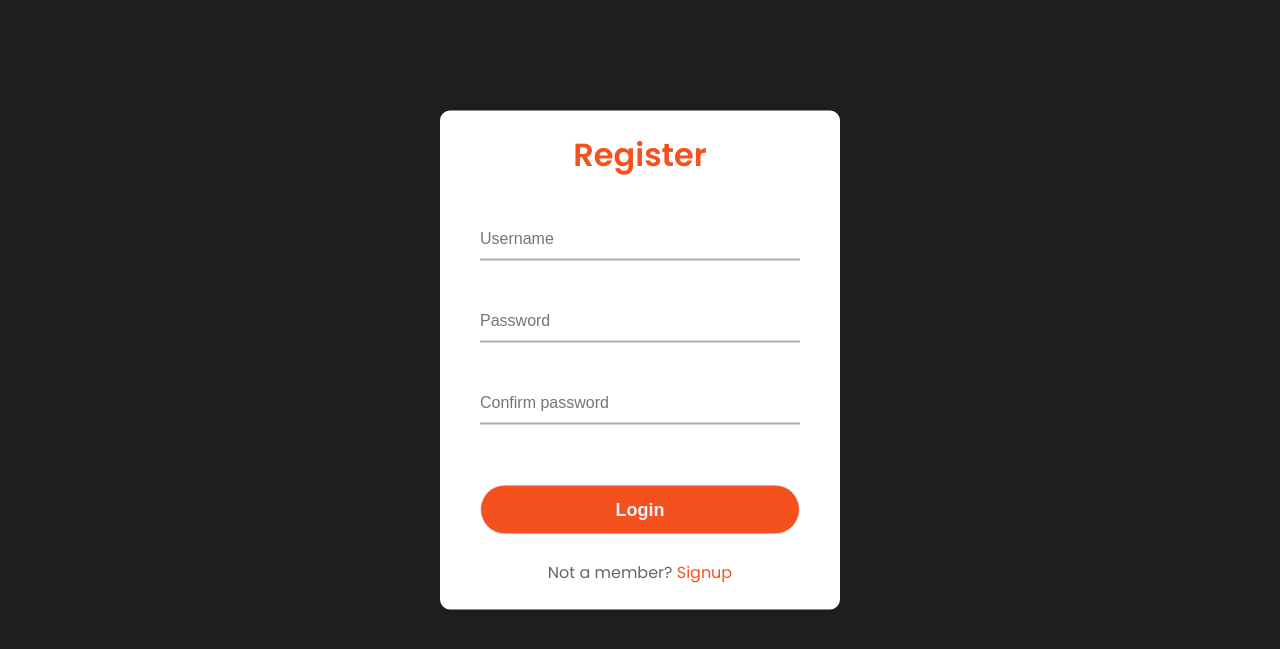
Repository: long5122000/Shopc
Page: login.html
These files come from the project's save history. The page is drawn as it stood at one moment and after the next save; the edit follows.
The browser window is 1280 px wide. The pictures show the whole page.
The style sheet was rebuilt from its Sass, Less or Tailwind sources for each picture, by a compiler version that may differ from the author's.

Above is the page before, as saved 2021-11-30 20:53:40.

### login.html
<!DOCTYPE html>
<html lang="en">
  <head>
    <meta charset="UTF-8" />
    <meta http-equiv="X-UA-Compatible" content="IE=edge" />
    <meta name="viewport" content="width=device-width, initial-scale=1.0" />
    <title>Document</title>
    <link rel="stylesheet" href="./css/app.css" />
  </head>
  <body>
    <div class="container">
      <h1>Register</h1>
      <form>
        <div class="form-control">
          <input type="text" id="username" placeholder="Username" />
          <span></span>
          <small></small>
        </div>

        <div class="form-control">
          <input type="password" id="password" placeholder="Password" />
          <span></span>
          <small></small>
        </div>
        <div class="form-control">
          <input
            type="password"
            id="password2"
            placeholder="Confirm password"
          />
          <span></span>
          <small></small>
        </div>
        <input type="submit" value="Login" />
        <div class="signup_link">Not a member? <a href="#">Signup</a></div>
      </form>
    </div>
  </body>
</html>

### sass/app.scss
@import "variables";
@import "reset";
@import "mixin";
@import "base";
@import "header";
@import "cart";
@import "search";
@import "info";
@import "home";
@import "category";
@import "about";
@import "hot";
@import "discount";
@import "new";
@import "newsletter";
@import "footer";
@import "modal";
@import "scroll";
@import "register";
@import "breakpoints";

### sass/_variables.scss
@import url("https://fonts.googleapis.com/css2?family=Poppins:wght@400;500;600;900&display=swap");
:root {
  --header-height: 3.5rem;
  /* Colors */
  --hue: 14;
  --first-color: hsl(var(--hue), 91%, 54%);
  --menu-color: hsl(31, 76%, 74%);
  --button-color: hsl(0, 0%, 24%);
  --button-color-alt: hsl(0, 0%, 28%);
  --title-color: hsl(0, 0%, 95%);
  --text-color: hsl(0, 0%, 75%);
  --body-color: hsl(0, 0%, 12%);
  --container-color: hsl(0, 0%, 16%);
  --border-color: hsl(0, 0%, 20%);
  --border-color: hsl(0, 0%, 94%);
  --dark1: #3e363f;
  --dark2: #212527;
  --light1: #fffce8;
  --light2: #edf7f6;
  --red: #df4747;
  --green: #47df5b;
  --transition250: all 250ms ease-in-out;
  --transition500: all 500ms ease-in-out;
  /* Font and typography */
  --body-font: "Poppins", sans-serif;
  --biggest-font-size: 2rem;
  --h1-font-size: 1.5rem;
  --h2-font-size: 1.25rem;
  --h3-font-size: 1rem;
  --normal-font-size: 0.938rem;
  --small-font-size: 0.813rem;
  /* font weight */
  --font-medium: 500;
  --font-semi-bold: 600;
  --font-black: 900;
  /* margenes bottom */
  --mb-0-25: 0.25rem;
  --mb-0-5: 0.5rem;
  --mb-0-75: 0.75rem;
  --mb-1: 1rem;
  --mb-1-5: 1.5rem;
  --mb-2: 2rem;
  --mb-2-5: 2.5rem;
  /* z-index */
  --z-tooltip: 10;
  --z-fixed: 100;

  @media screen and (min-width: 992px) {
    --biggest-font-size: 4rem;
    --h1-font-size: 2.25rem;
    --h2-font-size: 1.5rem;
    --h3-font-size: 1.25rem;
    --normal-font-size: 1rem;
    --small-font-size: 0.875rem;
    --smaller-font-size: 0.813rem;
  }
}

/*=============== GOOGLE FONTS ===============*/

### sass/_reset.scss
html {
  box-sizing: border-box;
}
* {
  margin: 0;
  padding: 0;
}
*,
*:before,
*:after {
  box-sizing: border-box;
}
input,
textarea,
select,
button {
  outline: none;
  border: none;
}
input {
  line-height: normal;
}
label,
button {
  cursor: pointer;
}
a {
  text-decoration: none;
}
img {
  display: block;
  max-width: 100%;
}

### sass/_mixin.scss
@mixin flex(
  $align: flex-start,
  $justify: flex-start,
  $wrap: nowrap,
  $dir: row
) {
  display: flex;
  justify-content: $justify;
  align-items: $align;
  flex-wrap: $wrap;
  flex-direction: $dir;
}
@mixin maxw($breakpoint) {
  @media screen and (max-width: $breakpoint) {
    @content;
  }
}
@mixin minw($breakpoint) {
  @media screen and (min-width: $breakpoint) {
    @content;
  }
}
@mixin center {
  display: flex;
  justify-content: center;
  align-items: center;
}

### sass/_base.scss
* {
  box-sizing: border-box;
  padding: 0;
  margin: 0;
}
html {
  scroll-behavior: smooth;
}
body {
  margin: var(--header-height) 0 0 0;
  font-family: var(--body-font);
  font-size: var(--normal-font-size);
  background: var(--body-color);
  color: var(--text-color);
}
h1,
h2,
h3,
h4 {
  color: var(--title-color);
  font-weight: var(--font-semi-bold);
}
ul {
  list-style: none;
}
.section {
  padding: 4.5rem 0 2rem;
}
.section__title {
  font-size: var(--h2-font-size);
  margin-bottom: var(--mb2);
  text-align: center;
}
.container {
  max-width: 1240px;
  margin-left: var(--mb-1-5);
  margin-right: var(--mb-1-5);
}
.grid {
  display: grid;
}
.main {
  overflow: hidden;
}
::-webkit-scrollbar {
  width: 0.6rem;
  background: #413e3e;
}
::-webkit-scrollbar-thumb {
  background: #272525;
  border-radius: 0.5rem;
}
.button {
  display: inline-block;
  background-color: var(--first-color);
  color: var(--title-color);
  padding: 1rem 1.75rem;
  border-radius: 0.5rem;
  font-weight: var(--font-medium);
  transition: 0.3s;
  &:hover {
    background-color: var(--first-color-alt);
  }
  &--ghost {
    border: 2px solid;
    background-color: transparent;
    border-radius: 3rem;
    padding: 0.75rem 1.5rem;
    &:hover {
      background: none;
    }
  }
  &__icon {
    font-size: 1.25rem;
  }
  &--link {
    color: var(--title-color);
  }
  &--flex {
    display: inline-flex;
    align-items: center;
    column-gap: 0.5rem;
  }
}

### sass/_header.scss
.header {
  width: 100%;
  background: var(--body-color);
  position: fixed;
  top: 0;
  left: 0;
  z-index: var(--z-fixed);
}
.nav {
  height: var(--header-height);
  @include flex(center, space-between);
  &__logo {
    @include flex(center);
    column-gap: 0.5rem;
    font-weight: var(--font-medium);
    &-img {
      width: 1.25rem;
    }
  }
  &__link,
  &__logo,
  &__toggle,
  &__close {
    color: var(--title-color);
  }
  &__toggle {
    font-size: 1.25rem;
    cursor: pointer;
  }
  @include maxw(767px) {
    &__menu {
      position: fixed;
      width: 100%;
      background: var(--container-color);
      top: -150%;
      left: 0;
      padding: 3.5rem 0;
      transition: 0.4s;
      z-index: var(--z-fixed);
      border-radius: 0 0 1.5rem 1.5rem;
    }
  }
  &__img {
    width: 100px;
    position: absolute;
    top: 0;
    left: 0;
  }
  &__close {
    font-size: 1.8rem;
    position: absolute;
    top: 0.5rem;
    right: 0.7rem;
    cursor: pointer;
  }
  &__list {
    @include flex(center, flex-start, nowrap, column);
    row-gap: 1.5rem;
  }
  &__link {
    text-transform: uppercase;
    font-weight: var(--font-black);
    transition: 0.4;
    &:hover {
      color: var(--text-color);
    }
  }
  &__btns {
    display: flex;
    font-size: var(--h2-font-size);
    gap: 0 20px;
  }
  &__shop {
    font-size: 1.25rem;
    cursor: pointer;
  }
}

.show-menu {
  top: 0;
}

.active {
  &-link {
    position: relative;
    &::before {
      content: "";
      position: absolute;
      bottom: -0.75rem;
      left: 45%;
      width: 5px;
      height: 5px;
      background-color: var(--title-color);
      border-radius: 50%;
    }
  }
}

### sass/_cart.scss
/*=============== CART ===============*/
.cart {
  position: fixed;
  background-color: rgb(59, 59, 59);
  z-index: var(--z-fixed);
  width: 100%;
  height: 100%;
  top: 0;
  right: -100%;
  padding: 3.5rem 2rem;
  transition: 0.4s;
  overflow-y: scroll;

  &__title-center {
    font-size: var(--h2-font-size);
    text-align: center;
    margin-bottom: var(--mb-3);
  }

  &__close {
    font-size: 2rem;
    color: var(--title-color);
    position: absolute;
    top: 1.25rem;
    right: 0.9rem;
    cursor: pointer;
  }

  &__container {
    display: grid;
    row-gap: 1.5rem;
  }

  &__card {
    display: flex;
    align-items: center;
    column-gap: 1rem;
  }
  &__box {
    background-color: var(--container-color);
    padding: 0.75rem 1.25rem;
    border: 1px solid #5c5c5c;
  }
  &__img {
    width: 50px;
  }
  &__title {
    font-size: var(--normal-font-size);
    margin-bottom: 0.5rem;
  }
  &__price {
    display: block;
    font-size: var(--small-font-size);
    color: var(--menu-color);
    margin-bottom: var(--mb-1-5);
  }
  &__amount,
  &__amount-content {
    display: flex;
    align-items: center;
  }
  &__amount {
    column-gap: 3rem;

    &-content {
      column-gap: 1rem;
    }
    &-box {
      display: inline-flex;
      padding: 0.25rem;
      background-color: var(--container-color);
      border: 1px solid var(--border-color);
      cursor: pointer;
    }
    &-trash {
      font-size: 1.15rem;
      color: var(--menu-color);
      cursor: pointer;
    }
  }
  &__prices {
    margin-top: 6rem;
    display: flex;
    justify-content: space-between;

    &-item,
    &-total {
      color: var(--title-color);
    }
    &-item {
      font-size: var(--small-font-size);
    }
    &-total {
      font-size: var(--h3-font-size);
      font-weight: var(--font-medium);
    }
  }
  &::-webkit-scrollbar {
    display: none;
  }
}

/* Show cart */
.show-cart {
  right: 0;
}

### sass/_search.scss
.search-box {
  width: 1px;
  height: 30px;
  background-color: rgb(88, 88, 88);
  position: relative;

  transition: all 0.5s ease;
  border-radius: 15px;
}

.search-box.open {
  width: 220px;
}

.search-input {
  width: 100%;
  height: 100%;
  border: none;
  box-shadow: none;
  background: transparent;
  color: #fff;
  padding: 20px 20px;
  font-size: 20px;
}

.search-btn {
  color: rgba(191, 191, 191);
  outline: none;
  border: none;

  position: absolute;
  right: -0;
  top: 0;
  cursor: pointer;
  font-size: 25px;
  background-color: transparent;
}

### sass/_info.scss
.info {
  position: fixed;
  background-color: rgb(59, 59, 59);
  z-index: var(--z-fixed);
  width: 100%;
  height: 100%;
  top: 0;
  right: -100%;
  padding: 5.5rem 1rem;
  transition: 0.4s;
  overflow-y: scroll;
  &__close {
    font-size: 2rem;
    color: var(--title-color);
    position: absolute;
    top: 1.25rem;
    right: 0.9rem;
    cursor: pointer;
  }
}
.show-info {
  right: 0;
}

### sass/_home.scss
.home {
  &__content {
    row-gap: 1rem;
  }
  &__group {
    display: grid;
    position: relative;
    padding-top: 2rem;
  }
  &__image {
    height: 250px;
    justify-self: center;
  }
  &__indicator {
    width: 8px;
    height: 8px;
    background-color: var(--title-color);
    border-radius: 50%;
    position: absolute;
    top: 7rem;
    right: 2rem;
    &::after {
      content: "";
      position: absolute;
      width: 1px;
      height: 48px;
      background-color: var(--title-color);
      top: -3rem;
      right: 45%;
    }
  }
  &__details {
    &-img {
      position: absolute;
      right: 0.5rem;
    }
    &-title,
    &-subtitle {
      display: block;
      font-size: var(--small-font-size);
      text-align: right;
    }
  }
  &__subtitle {
    font-size: var(--h3-font-size);
    text-transform: uppercase;
    margin-bottom: var(--mb-1);
  }
  &__title {
    font-size: var(--biggest-font-size);
    font-weight: var(--font-black);
    line-height: 109%;
    margin-bottom: var(--mb-1);
  }
  &__description {
    margin-bottom: var(--mb-1);
  }
  &__buttons {
    @include flex(center, space-between);
  }
}

.swiper {
  &-pagination {
    position: initial;
    margin-top: var(--mb-1);
    &-bullet {
      width: 5px;
      height: 5px;
      background-color: var(--title-color);
      opacity: 1;
    }
  }
}
.swiper-pagination-horizontal.swiper-pagination-bullets .swiper-pagination-bullet {
  margin: 0 0.5rem;
}
.swiper-pagination-bullet-active {
  width: 1.5rem;
  height: 5px;
  border-radius: 0.5rem;
}

### sass/_category.scss
.category {
  &__container {
    grid-template-columns: repeat(2, 1fr);
    gap: 1rem 2rem;
  }
  &__data {
    text-align: center;
  }
  &__image {
    width: 120px;
    margin: 0 auto;
    transition: 0.3s;
  }
  &__title {
    margin-bottom: var(--mb-0-25);
  }
  &__data:hover {
    .category {
      &__image {
        transform: translateY(-0.5rem);
      }
    }
  }
}
.scroll {
  &-header {
    background: var(--container-color);
  }
}

### sass/_about.scss
.about {
  &__container {
    row-gap: 2rem;
  }
  &__data {
    text-align: center;
  }
  &__description {
    margin-bottom: var(--mb-2);
  }
  &__image {
    width: 200px;
    justify-self: center;
  }
}

### sass/_hot.scss
.hot {
  &__container {
    grid-template-columns: repeat(2, 1fr);
    gap: 1.5rem;
    padding: 1rem;
  }
  &__content {
    position: relative;
    background: var(--container-color);
    border-radius: 1rem;
    padding: 1.5rem 0 1rem 0;
    text-align: center;
    overflow: hidden;

    &:hover .hot__image {
      transform: translateY(-0.5rem);
    }
    &:hover .hot__button {
      right: 0;
    }
  }
  &__image {
    width: 90px;
    transition: 0.3s;
    margin: 0 auto;
  }
  &__subtitle,
  &__price {
    display: block;
  }
  &__subtitle {
    font-size: var(--smaller-font-size);
    margin-bottom: var(--mb-0-5);
  }
  &__title,
  &__price {
    color: var(--title-color);
    font-weight: var(--font-medium);
    font-size: var(--normal-font-size);
  }
  &__button {
    display: flex;
    flex-direction: column;
    gap: 5px 0;
    padding: 0.5rem;
    border-radius: 0.25rem 0.25rem 0.75rem 0.25rem;
    position: absolute;
    right: -3rem;
    bottom: 0;
  }
  &__icon {
    font-size: 1.25rem;
    color: var(--title-color);
    &--bt {
      border-bottom: 1px solid gray;
      padding-bottom: 4px;
    }
    &:hover {
      color: var(--first-color);
    }
  }
}

### sass/_discount.scss
.discount {
  &__container {
    background: var(--container-color);
    border-radius: 1rem;
    padding: 2.5rem 0 1.5rem;
    row-gap: 0.75rem;
  }
  &__data {
    text-align: center;
  }
  &__title {
    font-size: var(--h2-font-size);
    margin-bottom: var(--mb-2);
  }
  &__image {
    width: 200px;
    justify-self: center;
  }
}

### sass/_new.scss
.new {
  &__container {
    padding-top: 1rem;
  }
  &__image {
    width: 120px;
    height: 120px;
    transition: 0.3s;
    margin: 0 auto;
    margin-bottom: var(--mb-0-5);
  }
  &__content {
    position: relative;
    background: var(--container-color);
    width: 242px;
    padding: 2rem 0 1.5rem 0;
    border-radius: 0.75rem;
    text-align: center;
    overflow: hidden;

    &:hover .new__image {
      transform: translateY(-0.5rem);
    }
    &:hover .new__button {
      right: 0;
    }
  }
  &__tag {
    position: absolute;
    top: 8%;
    left: 8%;
    background-color: var(--first-color);
    color: var(--title-color);
    font-size: var(--small-font-size);
    padding: 0.25rem 0.5rem;
    border-radius: 0.25rem;
  }
  &__title {
    font-size: var(--normal-font-size);
    font-weight: var(--font-medium);
  }
  &__subtitle {
    display: block;
    font-size: (--small-font-size);
    margin-bottom: var(--mb-0-5);
  }
  &__prices {
    display: inline-flex;
    align-items: center;
    column-gap: 0.5rem;
  }
  &__price {
    font-weight: var(--font-medium);
    color: var(--title-color);
  }
  &__discount {
    color: var(--first-color);
    font-size: var(--small-font-size);
    text-decoration: line-through;
    font-weight: var(--font-medium);
  }
  &__button {
    display: flex;
    flex-direction: column;
    gap: 5px 0;
    padding: 0.5rem;
    border-radius: 0.25rem 0.25rem 0.75rem 0.25rem;
    position: absolute;
    bottom: 0;
    right: -3rem;
  }

  &__icon {
    font-size: 1.25rem;
    color: var(--title-color);
    &--bt {
      border-bottom: 1px solid gray;
      padding-bottom: 4px;
    }
    &:hover {
      color: var(--first-color);
    }
  }
}

### sass/_newsletter.scss
.newsletter {
  &__description {
    text-align: center;
    margin-bottom: var(--mb-1-5);
  }
  &__form {
    background: var(--container-color);
    padding: 1rem;
    @include flex(center, space-between);
    // display: flex;
    // justify-content: space-between;
    border-radius: 0.75rem;
  }
  &__input {
    width: 70%;
    padding: 0 0.5rem;
    background: none;
    color: var(--title-color);
    &::placeholder {
      color: var(--text-color);
    }
  }
}

### sass/_footer.scss
.footer {
  position: relative;
  overflow: hidden;
  &__image {
    &-one,
    &-two {
      position: absolute;
      transition: 0.3s;
      &:hover {
        transform: translateY(-0.5rem);
      }
    }
    &-one {
      width: 100px;
      top: 6rem;
      right: -2rem;
    }
    &-two {
      width: 150px;
      bottom: 4rem;
      right: 4rem;
    }
  }
  &__container {
    row-gap: 2rem;
  }
  &__logo {
    @include flex(center);
    column-gap: 0.5rem;
    margin-bottom: var(--mb-1);
    font-weight: var(--font-medium);
    color: var(--title-color);
    &-image {
      width: 20px;
    }
  }
  &__description {
    margin-bottom: var(--mb-2-5);
  }
  &__social {
    display: flex;
    column-gap: 0.75rem;
    &-link {
      display: inline-flex;
      background: var(--container-color);
      padding: 0.25rem;
      border-radius: 0.25rem;
      color: var(--title-color);
      font-size: 1rem;
      &:hover {
        background: var(--body-color);
      }
    }
  }
  &__title {
    font-size: var(--h3-font-size);
    margin-bottom: var(--mb-1);
  }
  &__links {
    display: grid;
    row-gap: 0.35rem;
  }
  &__link {
    font-size: var(--small-font-size);
    color: var(--text-color);
    transition: 0.3s;
    &:hover {
      color: var(--title-color);
    }
  }
  &__copy {
    display: block;
    text-align: center;
    font-size: var(--smaller-font-size);
    margin-top: 4.5rem;
  }
}

### sass/_modal.scss
.modal {
  position: fixed;
  top: 0;
  height: 100%;
  width: 100%;
  background: var(--container-color);
  transition: var(--transition250);
  opacity: 0;
  visibility: hidden;
  z-index: 100;
  border-radius: 8px;
  &__main {
    display: grid;
    grid-template-columns: 1fr;
    padding: 0 10px;
  }
  &__image {
    height: 100%;
    width: 100%;
    margin-top: var(--mb-2-5);
  }
  &__title {
    font-size: var(--h1-font-size);
    text-align: center;
    margin-top: var(--mb-2);
    margin-bottom: var(--mb-1-5);
  }
  &__desc {
    margin-bottom: var(--mb-1-5);
  }
  &__price {
    font-size: var(--h2-font-size);
    color: var(--first-color);
    margin-bottom: var(--mb-1-5);
  }
  &__button {
    text-align: center;
  }
  &__close {
    position: absolute;
    right: 5px;
    top: 5px;
    font-size: 2.5rem;
  }
}
.show-modal {
  opacity: 1;
  visibility: unset;
}

### sass/_scroll.scss
.scrollup {
  position: fixed;
  background: var(--first-color);
  right: 1rem;
  bottom: -20%;
  display: inline-flex;
  padding: 0.3rem;
  border-radius: 0.25rem;
  z-index: var(--z-tooltip);
  opacity: 0.8;
  transition: 0.4s;
  &:hover {
    background: var(--container-color);
    opacity: 1;
  }
  &__icon {
    font-size: 1.2rem;
    color: var(--title-color);
  }
}
.show-scroll {
  bottom: 3rem;
}

### sass/_register.scss
.container {
  position: absolute;
  top: 50%;
  left: 50%;
  transform: translate(-50%, -50%);
  width: 400px;
  background: white;
  border-radius: 10px;
  box-shadow: 0px 0px 15px rgba(0, 0, 0, 0.05);
}

.container h1 {
  text-align: center;
  padding-top: 20px;
  color: var(--first-color);
}

.container form {
  padding: 0 40px;
}

form .form-control {
  position: relative;
  border-bottom: 2px solid #adadad;
  margin: 40px 0;
}

.form-control.success {
  border-bottom-color: var(--first-color);
}

.form-control.error {
  border-bottom-color: #e74c3c;
}

.form-control input {
  width: 100%;
  height: 40px;
  font-size: 16px;
  border: none;
  background: none;
  outline: none;
}

small {
  position: absolute;
  left: 0;
  top: 100%;
  margin-top: 3px;
  color: #e74c3c;
}

.form-control span::before {
  content: "";
  position: absolute;
  top: 40px;
  left: 0;
  width: 0%;
  height: 2px;
  background: var(--first-color);
  transition: 0.3s;
}

.form-control input:focus ~ span::before {
  width: 100%;
}

input[type="submit"] {
  margin-top: 20px;
  width: 100%;
  height: 50px;
  border: 1px solid;
  background: var(--first-color);
  border-radius: 25px;
  font-size: 18px;
  color: #e9f4fb;
  font-weight: 700;
  cursor: pointer;
  outline: none;
  transition: 0.5s;
}

input[type="submit"]:hover {
  background-color: #fc7b6d;
}

.signup_link {
  margin: 25px 0;
  text-align: center;
  font-size: 16px;
  color: #666666;
}

.signup_link a {
  color: var(--first-color);
  text-decoration: none;
}

.signup_link a:hover {
  text-decoration: underline;
}

Loaded but not shown: sass/_breakpoints.scss (355 lines, source omitted)

After the next save:
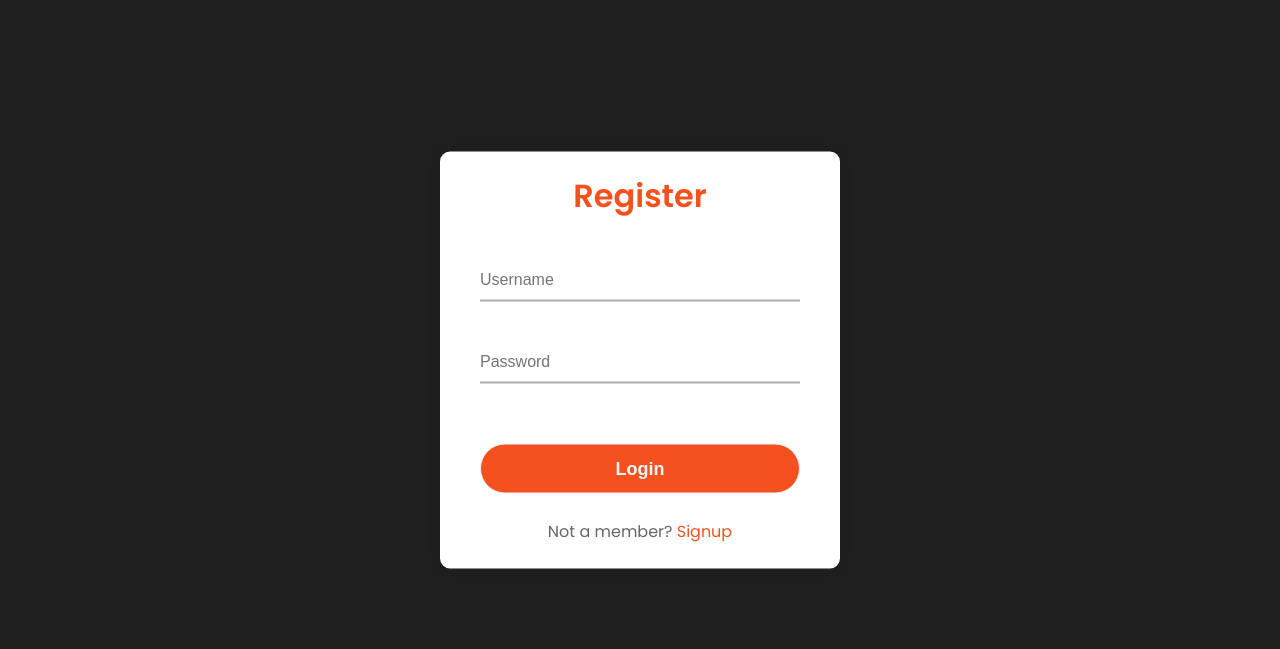
Saved 17 s later.
--- a/login.html
+++ b/login.html
@@ -22,15 +22,7 @@
           <span></span>
           <small></small>
         </div>
-        <div class="form-control">
-          <input
-            type="password"
-            id="password2"
-            placeholder="Confirm password"
-          />
-          <span></span>
-          <small></small>
-        </div>
+
         <input type="submit" value="Login" />
         <div class="signup_link">Not a member? <a href="#">Signup</a></div>
       </form>
